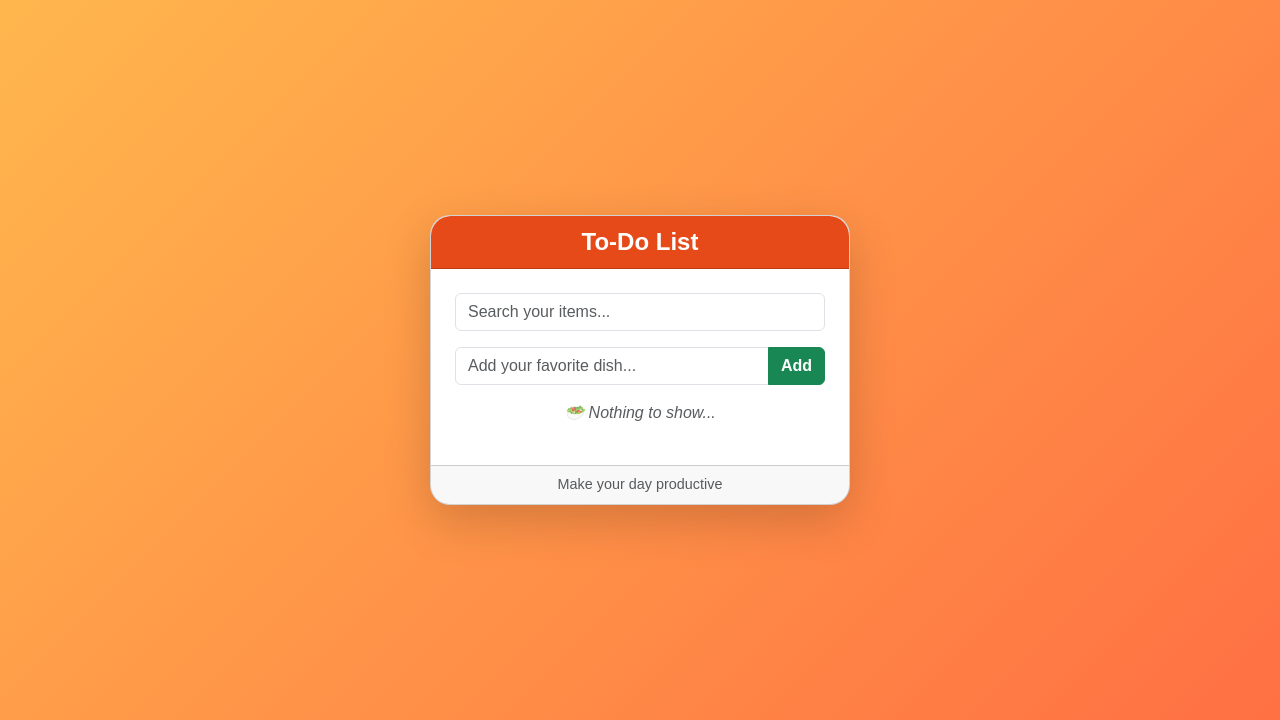
Repository: Dredphoenix/react-todo-app
Page: /
An editor plug-in stored every save of this project. The page is shown before and after the next save, followed by the edit.
The browser window is 1280 px wide. The pictures show the whole page.
The page's requests for data from a server got no answer. The project was rebuilt for these pictures with package versions that can differ from the ones it lists, and the page was loaded fresh each time. No one was signed in, and anything a server would have sent is missing. Also part of the build but not shown: vite.config.js.

Above is the page before, as saved 2025-10-01 14:38:45.

After the next save:
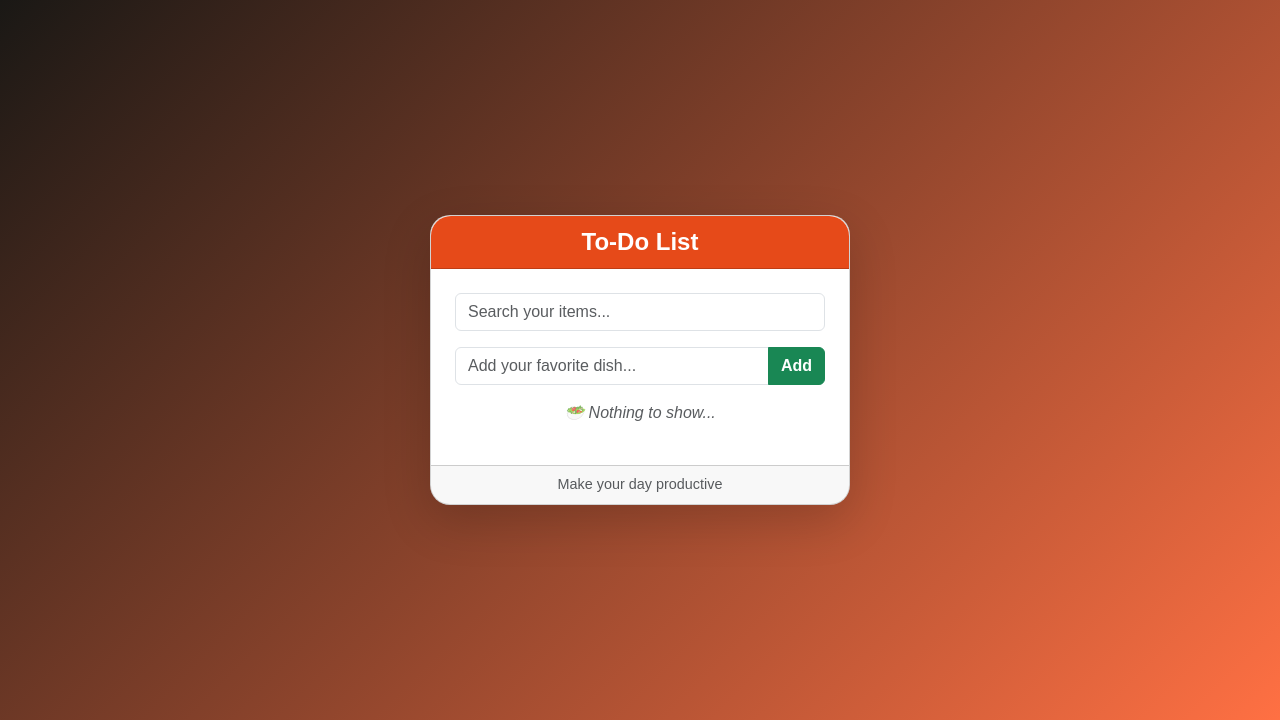
Saved 50 s later.
--- a/src/pages/Home.jsx
+++ b/src/pages/Home.jsx
@@ -83,7 +83,7 @@ const Home = () => {
     <div
       className="min-vh-100 d-flex align-items-center justify-content-center"
       style={{
-        background: "linear-gradient(135deg, #FFB74D, #FF7043)",
+        background: "linear-gradient(135deg, #1a1815ff, #FF7043)",
         fontFamily: "Poppins, sans-serif",
       }}
     >
